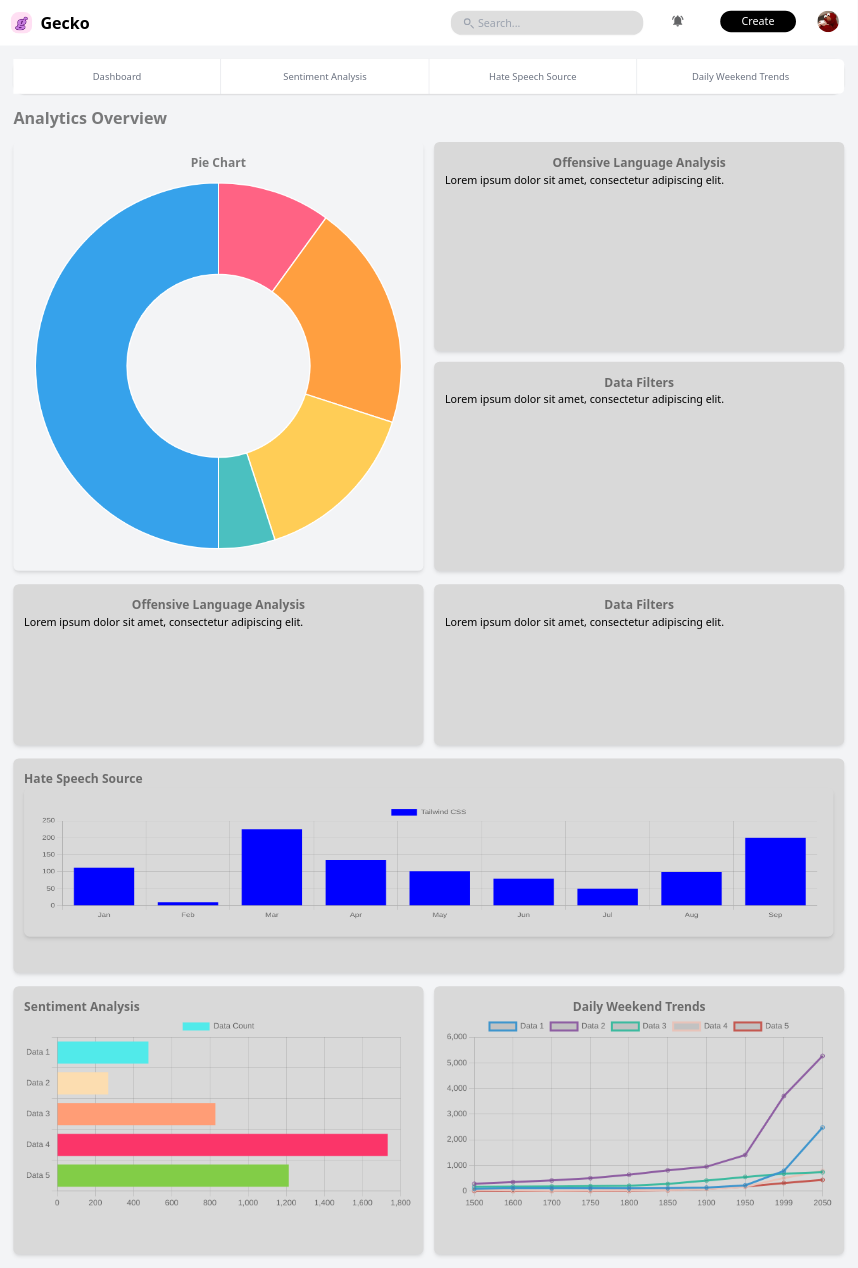
Repository: theamgri/thesis-website-nextjs
Page: website.html
These files come from the project's save history. The page is drawn as it stood at one moment and after the next save; the edit follows.
The browser window is 1280 px wide. The pictures show the whole page, at 67% of full size.

Above is the page before, as saved 2023-10-04 09:12:41.

After the next save:
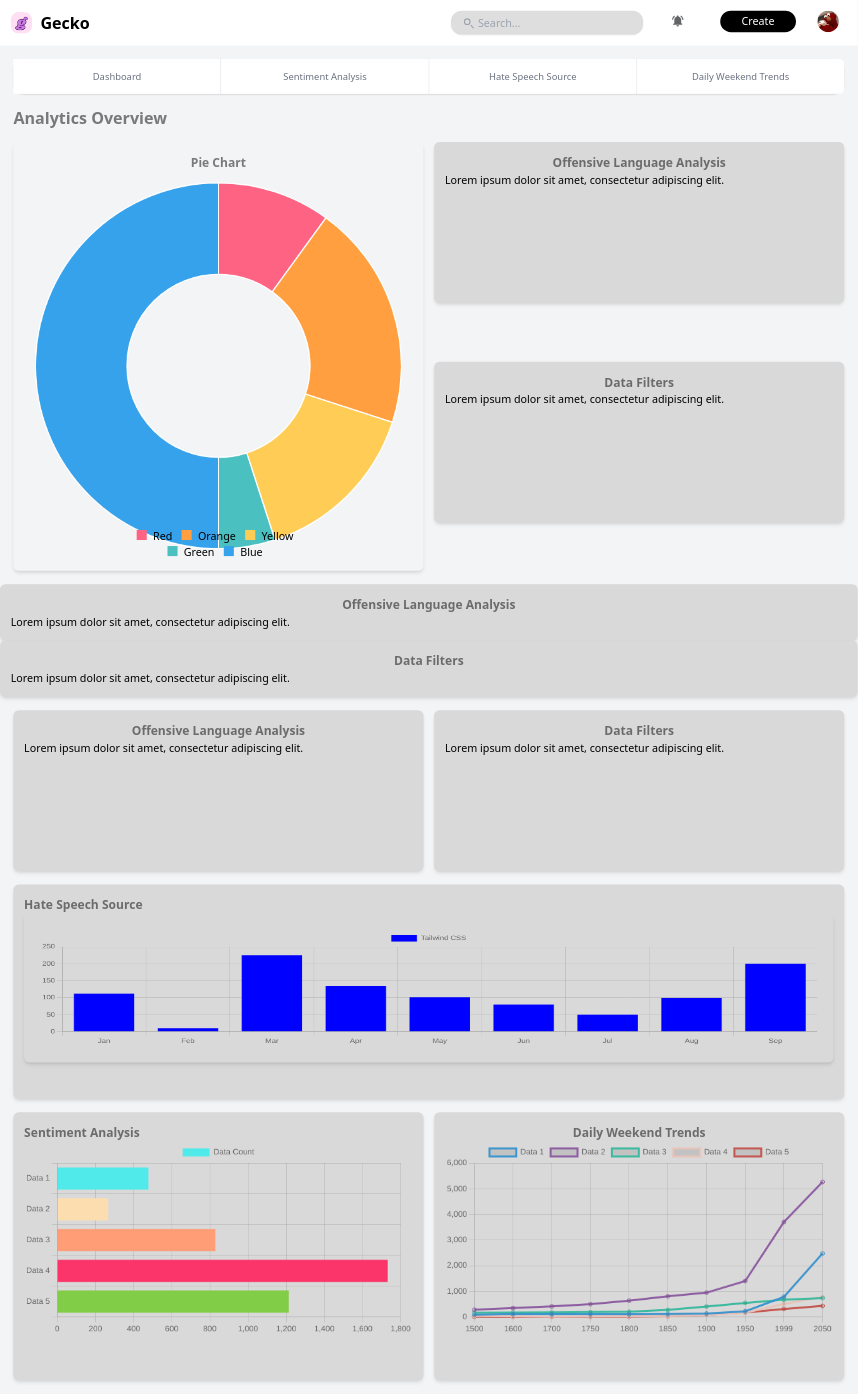
Saved 2 min 44 s later.
--- a/website.html
+++ b/website.html
@@ -118,7 +118,32 @@
   <div class="bg-white p-4 rounded-lg shadow-md" style="background-color: transparent; grid-row: span 2; overflow: visible;">
       <!-- Content goes here, such as the chart -->
       <h2 class="text-lg text-center opacity-50 font-semibold">Pie Chart</h2>
-      <canvas class="p-4" id="donutChart" width="200" height="200"></canvas>
+      <div style="position: relative;">
+          <canvas class="p-4" id="donutChart" width="200" height="200"></canvas>
+          <div style="position: absolute; bottom: 0; left: 50%; transform: translateX(-50%); text-align: center;">
+              <!-- Display labels here -->
+              <div style="display: inline-block; margin-right: 10px;">
+                  <div style="background-color: rgb(255, 99, 132); width: 15px; height: 15px; display: inline-block; margin-right: 5px;"></div>
+                  <span>Red</span>
+              </div>
+              <div style="display: inline-block; margin-right: 10px;">
+                  <div style="background-color: rgb(255, 159, 64); width: 15px; height: 15px; display: inline-block; margin-right: 5px;"></div>
+                  <span>Orange</span>
+              </div>
+              <div style="display: inline-block; margin-right: 10px;">
+                  <div style="background-color: rgb(255, 205, 86); width: 15px; height: 15px; display: inline-block; margin-right: 5px;"></div>
+                  <span>Yellow</span>
+              </div>
+              <div style="display: inline-block; margin-right: 10px;">
+                  <div style="background-color: rgb(75, 192, 192); width: 15px; height: 15px; display: inline-block; margin-right: 5px;"></div>
+                  <span>Green</span>
+              </div>
+              <div style="display: inline-block; margin-right: 10px;">
+                  <div style="background-color: rgb(54, 162, 235); width: 15px; height: 15px; display: inline-block; margin-right: 5px;"></div>
+                  <span>Blue</span>
+              </div>
+          </div>
+      </div>
       <!-- Optionally, you can add a label or title for the container -->
       <script>
         // Ensure that the DOM is fully loaded before initializing the chart
@@ -164,6 +189,20 @@
   </div>
 
   <!-- Container 1 -->
+  <div class="bg-white p-4 rounded-lg shadow-md" style="background-color: #D9D9D9; height: 15rem;">
+      <h2 class="text-lg text-center opacity-50 font-semibold">Offensive Language Analysis</h2>
+      <p>Lorem ipsum dolor sit amet, consectetur adipiscing elit.</p>
+  </div>
+
+  <!-- Container 2 -->
+  <div class="bg-white p-4 rounded-lg shadow-md" style="background-color: #D9D9D9; height: 15rem;">
+      <h2 class="text-lg text-center opacity-50 font-semibold">Data Filters</h2>
+      <p>Lorem ipsum dolor sit amet, consectetur adipiscing elit.</p>
+  </div>
+</div>
+
+
+  <!-- Container 1 -->
   <div class="bg-white p-4 rounded-lg shadow-md" style="background-color: #D9D9D9;">
       <h2 class="text-lg text-center opacity-50 font-semibold">Offensive Language Analysis</h2>
       <p>Lorem ipsum dolor sit amet, consectetur adipiscing elit.</p>
